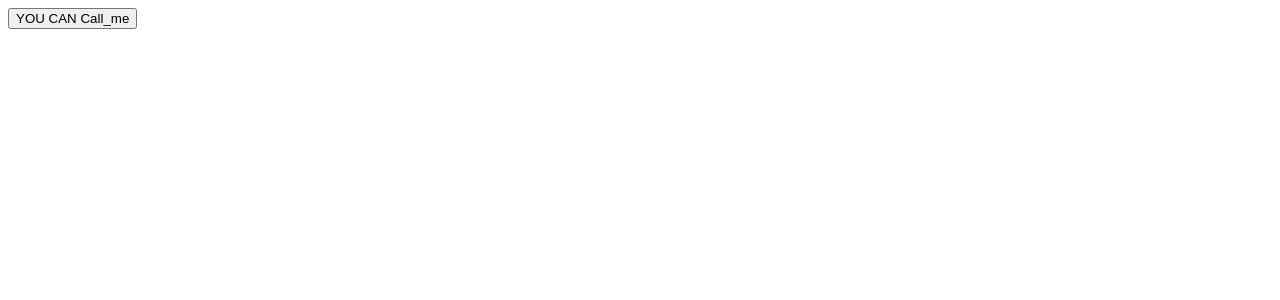
Repository: Solankinikhil/DailyWork
Page: eclipse-workspace/javaScriptExamples/WebContent/concept6.html
An editor plug-in stored every save of this project. The page is shown before and after the next save, followed by the edit.
The browser window is 1280 px wide. The pictures show the whole page.

Above is the page before, as saved 2020-03-12 06:08:42.
Console error: TypeError: document.getelementById is not a function

### eclipse-workspace/javaScriptExamples/WebContent/concept6.html
<!DOCTYPE html>
<html>
<head>
<meta charset="ISO-8859-1">
<title>Insert title here</title>
</head>
<body>
<button onclick="changeContnt()">YOU CAN Call_me</button>
</body>
<script type="text/javascript">

document.getelementById("p1").innerHTML="this content is appended dynamically";
document.title="web app 20";
document.querySelector('title').textContent="Page title changed;"
</script>
</html>

After the next save:
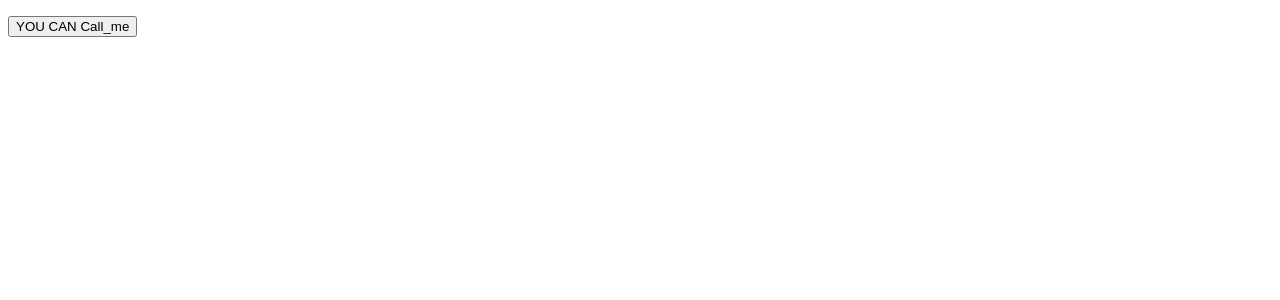
Saved 43 s later.
--- a/eclipse-workspace/javaScriptExamples/WebContent/concept6.html
+++ b/eclipse-workspace/javaScriptExamples/WebContent/concept6.html
@@ -5,6 +5,7 @@
 <title>Insert title here</title>
 </head>
 <body>
+<p id="p1"></p>
 <button onclick="changeContnt()">YOU CAN Call_me</button>
 </body>
 <script type="text/javascript">
